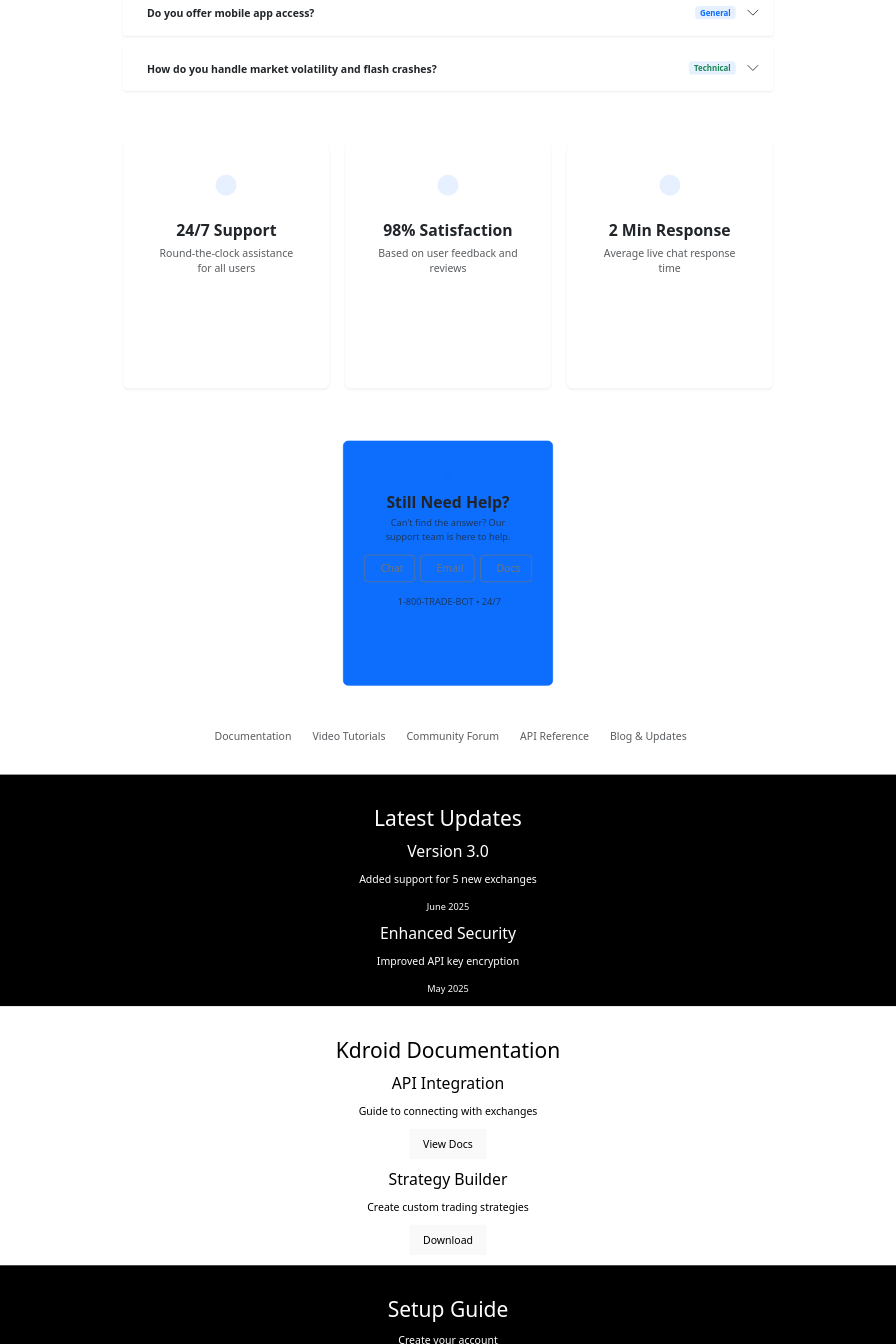
Repository: Kevin-Pro-Codes/halo-trading
Page: /
The author's editor kept a copy of each file at every save. The page is drawn from the files as they stood at one save, then again after the next save.
The browser window is 1280 px wide. The pictures show the part of the page from y = 2001 to 3921 px (the page is 10375 px tall before and 10503 px after), at 70% of full size.
The page's requests for data from a server got no answer. The project was rebuilt for these pictures with package versions that can differ from the ones it lists, and the page was loaded fresh each time. Some packages were replaced by stand-ins written for this rebuild. No one was signed in, and anything a server would have sent is missing. Also part of the build but not shown: vite.config.js, src/styles/DocStyle.css, src/styles/PricingStyle.css.

Above is the page before, as saved 2025-12-09 15:38:12.

After the next save:
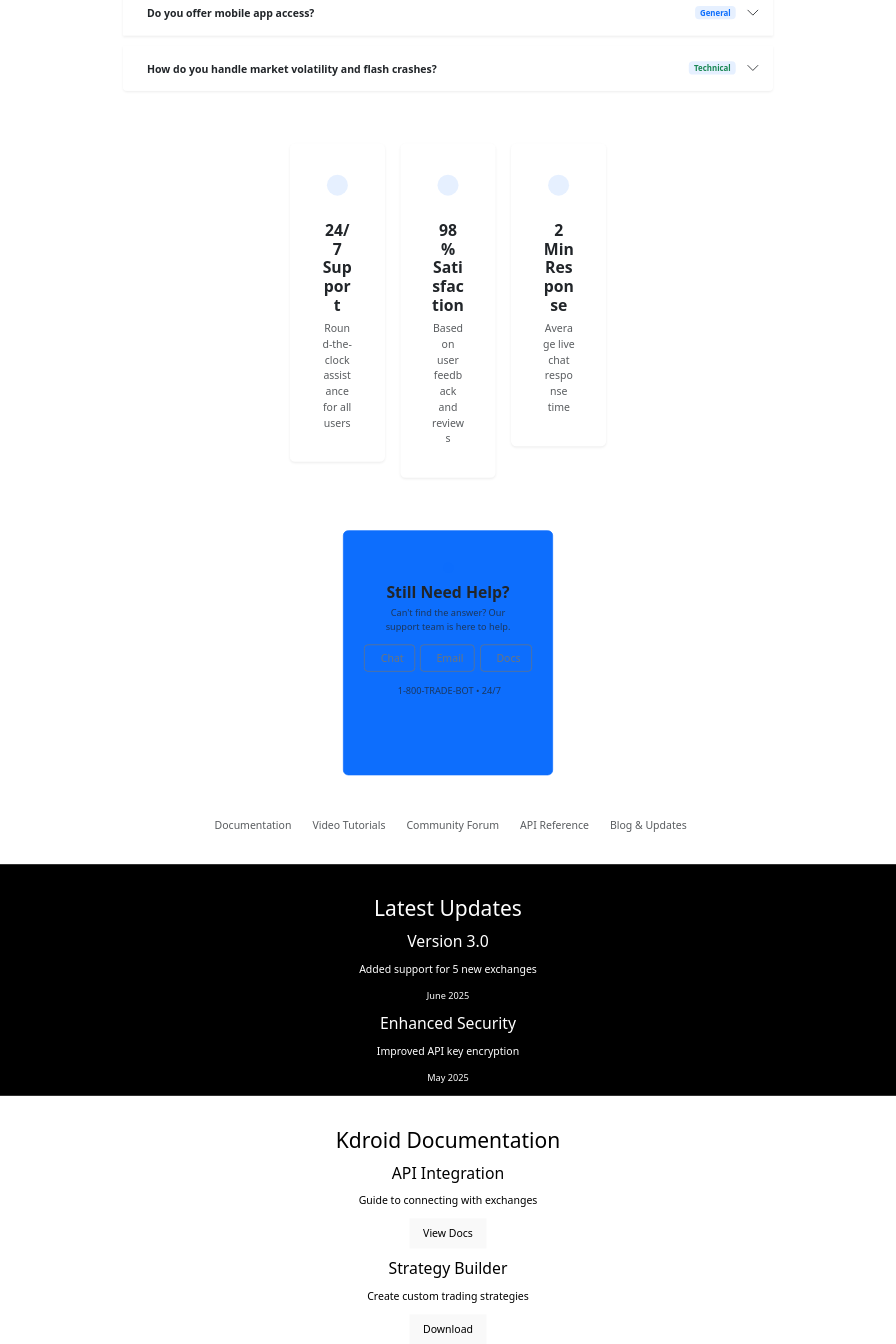
Saved 9 s later.
--- a/src/components/FaqSection.jsx
+++ b/src/components/FaqSection.jsx
@@ -162,7 +162,7 @@
 
         {/* Stats */}
         <div className="row justify-content-center mt-5 mb-5">
-          <div className="col-lg-10">
+          <div className="col-sm-5">
             <div className="row g-4">
               <div className="col-md-4 text-center">
                 <div className="card border-0 shadow-sm h-1">

After the save that followed:
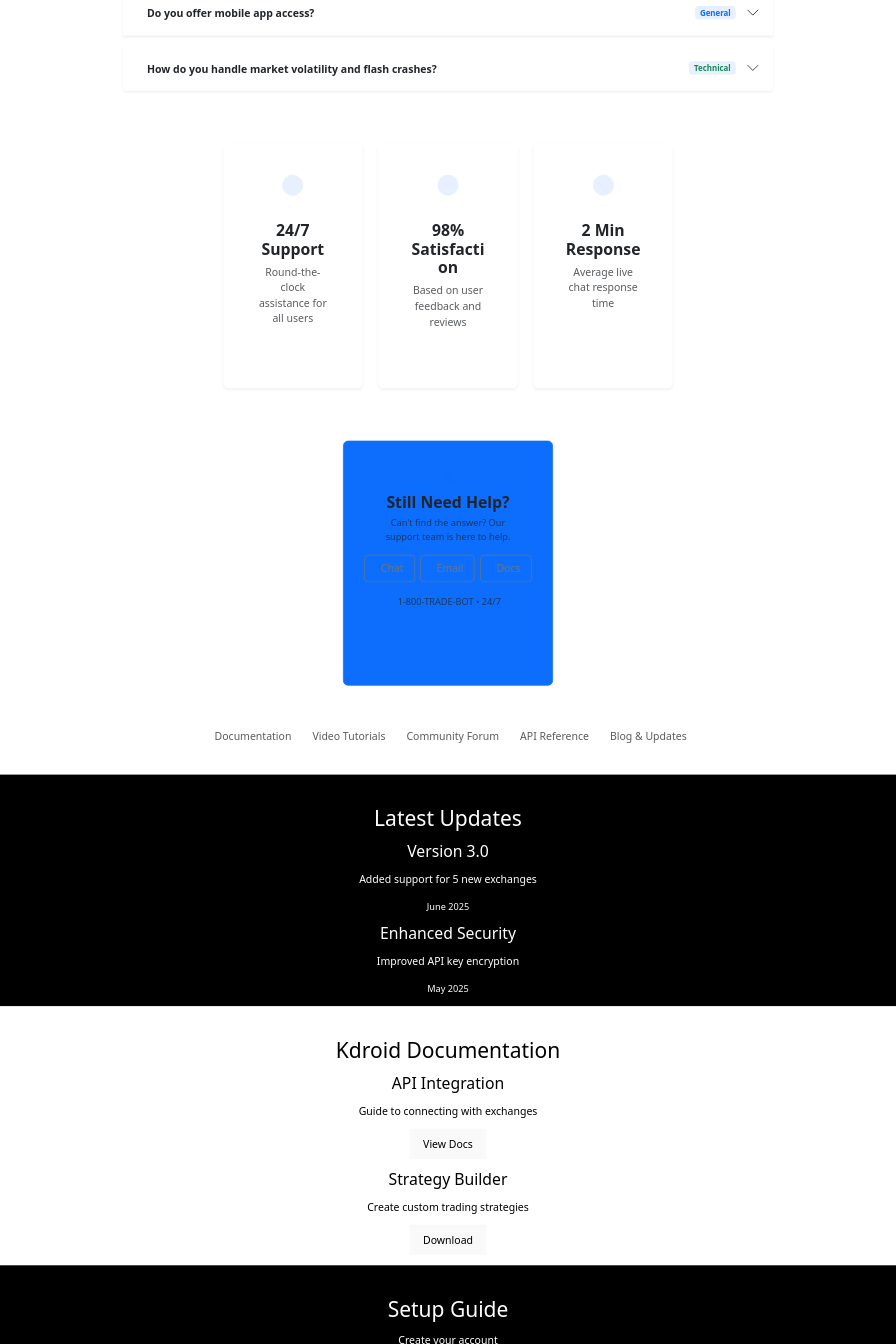
Saved 8 s later.
--- a/src/components/FaqSection.jsx
+++ b/src/components/FaqSection.jsx
@@ -162,7 +162,7 @@
 
         {/* Stats */}
         <div className="row justify-content-center mt-5 mb-5">
-          <div className="col-sm-5">
+          <div className="col-sm-7">
             <div className="row g-4">
               <div className="col-md-4 text-center">
                 <div className="card border-0 shadow-sm h-1">
